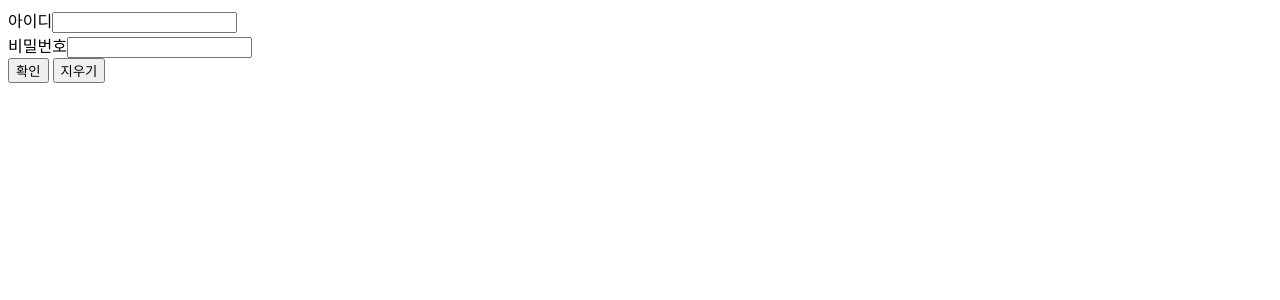
Repository: lee-ruru/jsp_practice
Page: http://localhost/JSPBasic/JspObject/3.cookie/cookie_login.jsp
The author's editor kept a copy of each file at every save. The page is drawn from the files as they stood at one save, then again after the next save.
The browser window is 1280 px wide. The pictures show the whole page.
The page is served by Tomcat 9.

Above is the page before, as saved 2022-02-07 01:11:09.

### JSPBasic/src/main/webapp/JspObject/3.cookie/cookie_login.jsp
<%@ page language="java" contentType="text/html; charset=UTF-8"
    pageEncoding="UTF-8"%>
    <%
    // 생성된 user_id쿠키를 검색해서 쿠키가 존재한다면
    // 로그인 창 대신에 브라우저에 "이미 로그인한 사용자 입니다."
    // 를 출력해주시고, user_id가 없을때는 로그인 입력창이 등장하도록
    // if~else문을 활용해주세요.


    %>
<!DOCTYPE html>
<html>
<head>
<meta charset="UTF-8">
<title>Insert title here</title>
</head>
<body>
<!-- 로그인창은 form으로 구성해주시면 됩니다.
input text 1개(유저 아이디 입력), input password 1개(비밀번호 입력).
목적지는 cookie_login_ok.jsp로 해주세요. -->
	<form action = "cookie_login_ok.jsp" method="post">
	아이디<input type="text" name="user_id"/><br/>
	비밀번호<input type="text" name="user_password"/><br/>
	<input type = "submit" value="확인"/>
	<input type = "reset" value="지우기"/>
	</form>

</body>
</html>

After the next save:
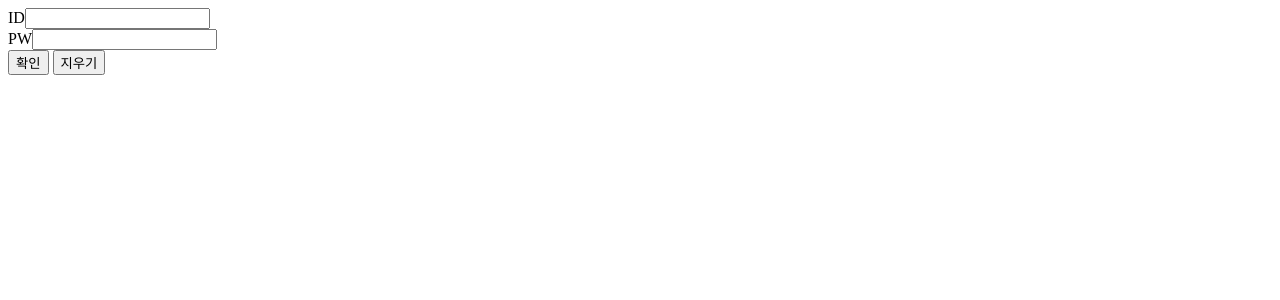
Saved 37 s later.
--- a/JSPBasic/src/main/webapp/JspObject/3.cookie/cookie_login.jsp
+++ b/JSPBasic/src/main/webapp/JspObject/3.cookie/cookie_login.jsp
@@ -15,12 +15,12 @@
 <title>Insert title here</title>
 </head>
 <body>
-<!-- 로그인창은 form으로 구성해주시면 됩니다.
-input text 1개(유저 아이디 입력), input password 1개(비밀번호 입력).
-목적지는 cookie_login_ok.jsp로 해주세요. -->
+	<!-- 로그인창은 form으로 구성해주시면 됩니다.
+	input text 1개(유저 아이디 입력), input password 1개(비밀번호 입력).
+	목적지는 cookie_login_ok.jsp로 해주세요. -->
 	<form action = "cookie_login_ok.jsp" method="post">
-	아이디<input type="text" name="user_id"/><br/>
-	비밀번호<input type="text" name="user_password"/><br/>
+	ID<input type="text" name="user_id"/><br/>
+	PW<input type="text" name="user_password"/><br/>
 	<input type = "submit" value="확인"/>
 	<input type = "reset" value="지우기"/>
 	</form>
